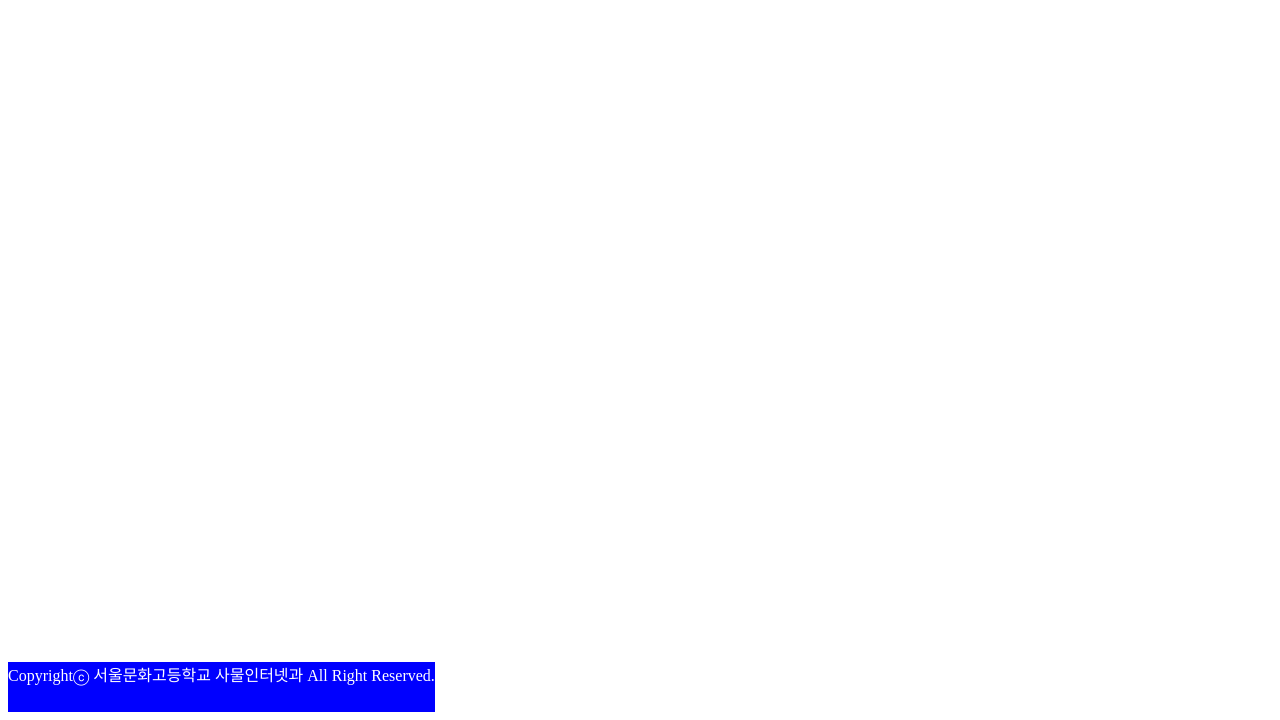
Repository: yuuki08noah/CHUNGCHUSANKI
Page: http://localhost/project/footer.jsp
The author's editor kept a copy of each file at every save. The page is drawn from the files as they stood at one save, then again after the next save.
The browser window is 1280 px wide. The pictures show the whole page.
The page is served by Tomcat 9.

Above is the page before, as saved 2025-03-25 08:26:00.

After the next save:
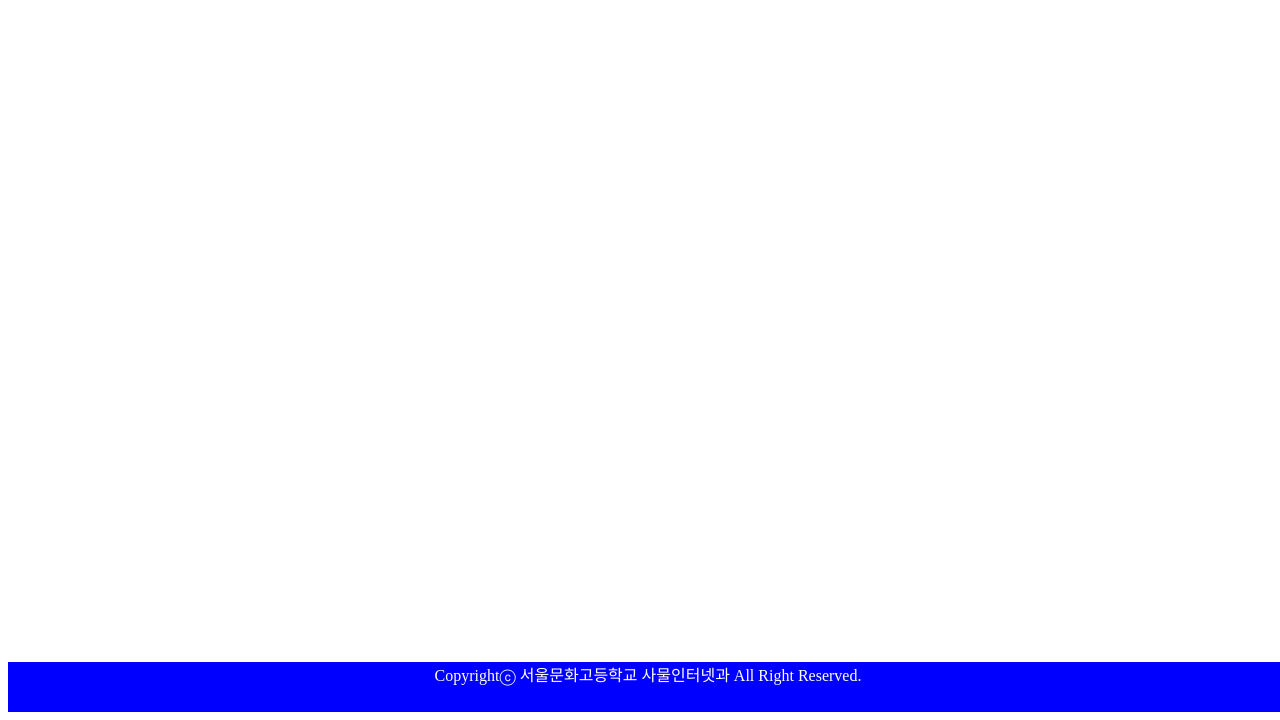
Saved 30 s later.
--- a/HRD_002/project/src/main/webapp/footer.jsp
+++ b/HRD_002/project/src/main/webapp/footer.jsp
@@ -6,7 +6,7 @@
 <meta charset="UTF-8">
 <title>Insert title here</title>
 </head>
-<body style="bottom: 0; position: fixed;">
+<body style="bottom: 0; position: fixed; width: 100%;">
 	<div style="width: 100%; height: 50px; background-color: blue; color: white; text-align: center;">
 	Copyrightⓒ 서울문화고등학교 사물인터넷과 All Right Reserved.
 	</div>
